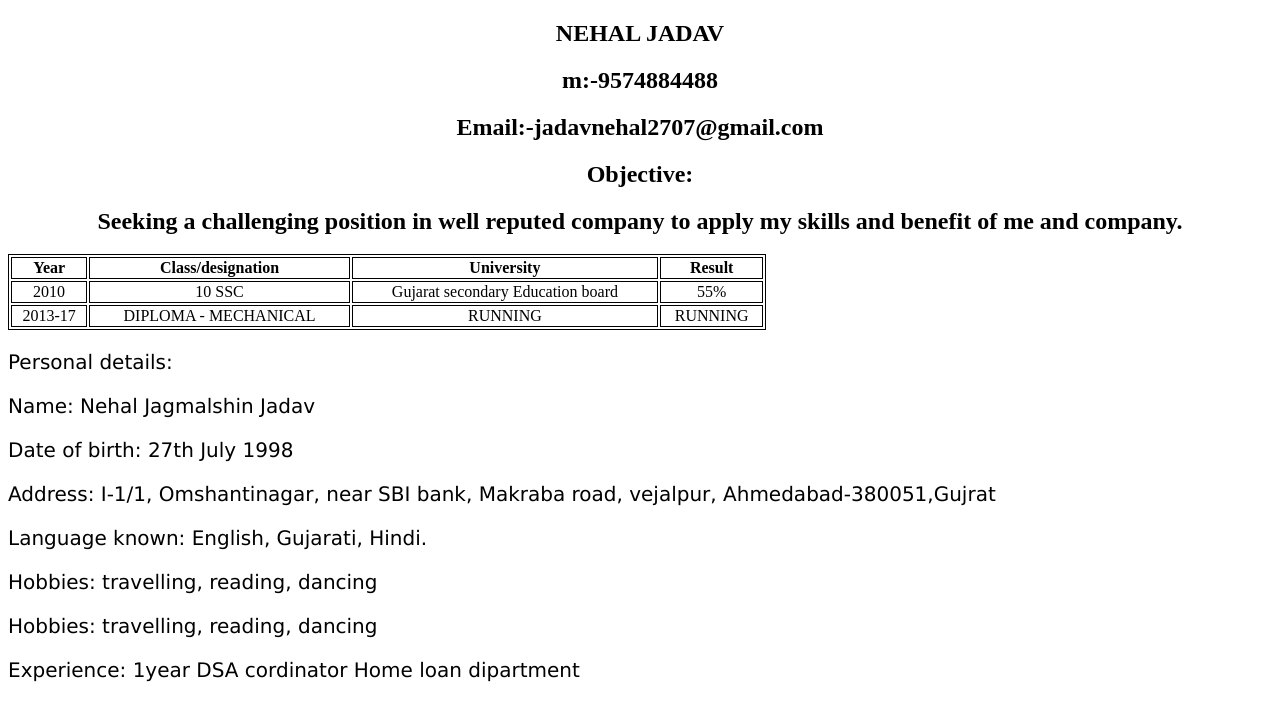
Repository: pratixa-chauhan/practice
Page: resume.html
The author's editor kept a copy of each file at every save. The page is drawn from the files as they stood at one save, then again after the next save.
The browser window is 1280 px wide. The pictures show the whole page.

Above is the page before, as saved 2021-12-21 11:32:50.

### resume.html
<!DOCTYPE html>
<html><style>
    body {
      background-color: white;
    }

    h2 {
      color: black;
      text-align: center;
    }

    p {
      font-family: verdana;
      font-size: 20px;
    }
    </style>
    </head>
    <body>


    <h2>NEHAL JADAV</h2>
    <h2> m:-9574884488</h2>
    <h2>Email:-jadavnehal2707@gmail.com</h2>
    <tr>
    <h2>Objective:
    </h2>
    <h2> Seeking a challenging position in well reputed company to       apply my skills and benefit of me and company.</h2>
</tr>
    <style>
        table, th, td {
          border:1px solid black;text-align: center;
        }
        </style>
        <body>



        <table style="width:60% ">
          <tr>
            <th>Year</th>
            <th>Class/designation</th>
            <th>University</th>
            <th>Result</th>
          </tr>
          <tr>
            <td>2010</td>
            <td>10 SSC</td>
            <td>Gujarat secondary
                Education board</td>
                <td>55%</td>
          </tr>
          <tr>
            <td>2013-17</td>
            <td>DIPLOMA -
                MECHANICAL</td>
            <td>RUNNING</td>
            <td>RUNNING</td>
          </tr>

        </table>
        <head>
          <style>
            #para1 {
  text-align: center;
  color: black;
  font-size: 10px;
          </style>
                    <body>
        <p>Personal details:
        </p>
        <p>Name: Nehal Jagmalshin Jadav
        </p>
        <p>Date of birth: 27th July 1998
        </p>
        <p>Address: I-1/1, Omshantinagar, near SBI bank, Makraba road, vejalpur, Ahmedabad-380051,Gujrat
        </p>
        <p>Language known: English, Gujarati, Hindi.
        </p>
        <p>Hobbies: travelling, reading, dancing
        </p>
        <p>Hobbies: travelling, reading, dancing
        </p>
        <p>Experience: 1year DSA cordinator Home loan dipartment
        </p>
        </body>
        </head>




</html>

After the next save:
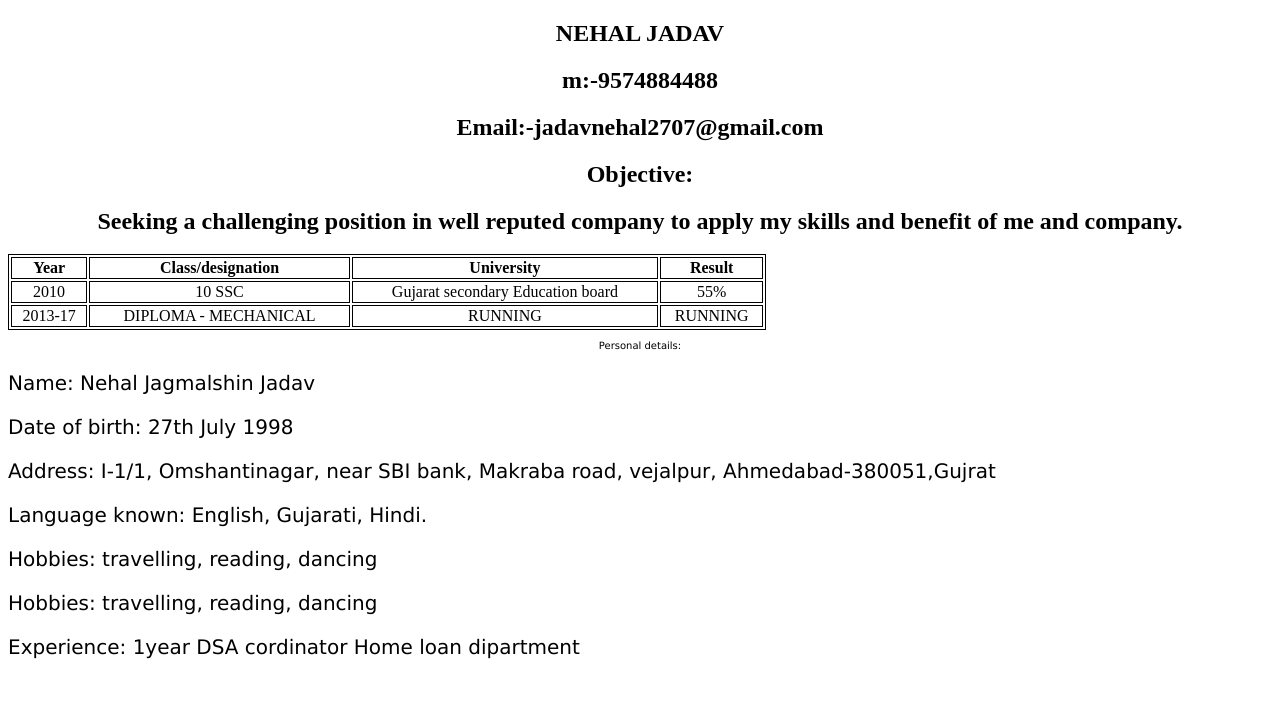
Saved 104 s later.
--- a/resume.html
+++ b/resume.html
@@ -66,7 +66,7 @@
   font-size: 10px;
           </style>
                     <body>
-        <p>Personal details:
+        <p id="para1">Personal details:
         </p>
         <p>Name: Nehal Jagmalshin Jadav
         </p>
